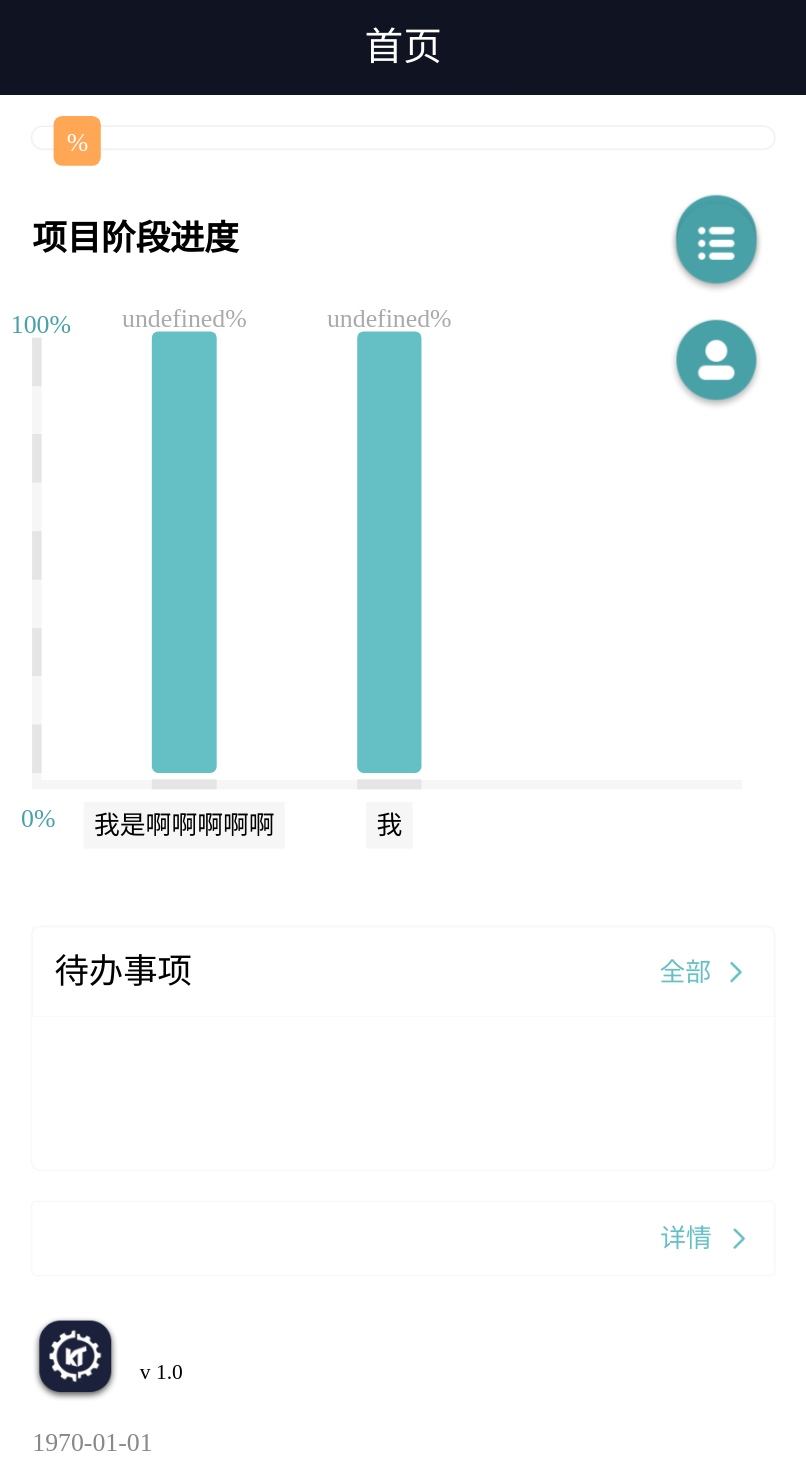
Repository: 421538074/idash.top
Page: index.html
These files come from the project's save history. The page is drawn as it stood at one moment and after the next save; the edit follows.
The browser window is 1280 px wide. The pictures show the whole page, at 63% of full size.
The page's requests for data from a server got no answer.

Above is the page before, as saved 2019-05-20 17:31:00.

### index.html
<!DOCTYPE html>
<html lang="en">

<head>
    <meta charset="UTF-8">
    <meta content="width=device-width, initial-scale=1.0, maximum-scale=1.0, user-scalable=0;" name="viewport" />
    <meta http-equiv="X-UA-Compatible" content="ie=edge">
    <title>客户查询系统</title>
    <link rel="stylesheet" href="css/components.css">
    <link rel="stylesheet" href="css/reset.css">
    <link rel="stylesheet" href="css/index.css?v=1.0.0">
</head>

<body>
    <div id="app" v-cloak>
        <div class="index_header">
            <span>首页</span>
        </div>
        <cy-bar :num="rate +'%'"></cy-bar>
        <div class="sheet">
            <h4>项目阶段进度</h4>
            <div id="project-progress">
                <cp-cylind :percent-list="percentList" @go-detail="goDetail(arguments)"></cp-cylind>
            </div>
        </div>

        <div class="nav">
            <div class="nav_top">
                <p v-cloak>待办事项</p>
                <div class="nav_top_more" @click="projectDetail">
                    <span>全部</span>
                    <img src="img/右.png" alt="">
                </div>
            </div>
            <div class="nav_bot">
                <ul class="uu">
                    <li class="lis" v-for="(item,index) in arr">
                        <span></span>
                        <span class="liSpan" v-cloak>【{{item.process}}】<i>{{item.handle_status==1?"待处理":"完成"}}</i>-{{item.question}}</span>
                    </li>
                </ul>
                <div class="index_one">暂无待办事项</div>
            </div>
        </div>
        <div class="project-info-wrapper">
            <p class="project-title" v-cloak>{{title}}</p>
            <a href="javascript:;" @click="goInfo" class="project-detail">详情</a>
            <img src="img/右.png" class="arrow-right">
        </div>
        <div class="content">
            <div class="content_logo">
                <img src="img/logo.png" alt="">
                <span>v 1.0</span>
            </div>
            <p v-cloak>{{title}}</p>
            <p v-cloak>{{end_time | filterTime}}</p>

        </div>

        <div class="content_title" @click="requireChange">
        </div>
        <div class="content_btn">
            <p @click="goIndex"></p>
            <p @click="goUser"></p>
        </div>
    </div>
</body>
<script src="js/jquery.min.js"></script>
<script src="js/development/vue.js"></script>
<script src="js/components.js"></script>
<script src="js/api.js"></script>
<script src="js/index.js"></script>
<script src="http://res.wx.qq.com/open/js/jweixin-1.2.0.js"></script>
</html>

### css/components.css
* {
    -webkit-box-sizing: border-box;
    box-sizing: border-box;
}

[v-cloak] {
    display: none;
}

html,
body {
    font-size: calc(100vw / 25);
    background-color: #FFFFFF;
}

/**
*根组件app
*/
.container {
    padding: 1rem;
    line-height: 1rem;
}

/**
*返回键
*/
button.cp-back {
    border: none;
    background: url(../img/back1.png) no-repeat;
    background-size: 100%;
    width: 4rem;
    height: 4rem;
    display: -webkit-box;
    display: -ms-flexbox;
    display: flex;
    -webkit-box-align: center;
    -ms-flex-align: center;
    align-items: center;
    -webkit-box-pack: center;
    -ms-flex-pack: center;
    justify-content: center;
    position: fixed;
    left: 1rem;
    bottom: 1rem;
    outline: 0;
}

/**
*tab页
*/
ul.cp-tabbar {
    display: block;
    overflow-x: scroll;
    overflow-y: hidden;
    white-space: nowrap;
}

ul.cp-tabbar::-webkit-scrollbar {
    width: 0;
    height: 0;
}

li.cp-tabbar-item {
    background: #f6f6f6;
    color: #888888;
    padding: 0.8rem 1.2rem;
    border-radius: 0.5rem;
    font-size: 1rem;
    display: inline-block;
}

li.cp-tabbar-item.active {
    background: #65c0c6;
    color: #FFFFFF;
}

li.cp-tabbar-item:not(:first-child) {
    margin-left: 1rem;
}

/**
*项目列表
*/
ul.cp-list::-webkit-scrollbar {
    width: 0;
    height: 0;
}

ul.cp-list {
    height: calc(100vh - 5.2rem);
    overflow: scroll;
    margin-top: 0.2rem;
    padding: 0.2rem;
}

li.cp-list-item {
    display: -webkit-box;
    display: -ms-flexbox;
    display: flex;
    -webkit-box-align: center;
    -ms-flex-align: center;
    align-items: center;
}

img.item-icon {
    width: 2.5em;
}

li.cp-list-item.arrow-right {
    background: url(../img/arrow-right.png) no-repeat;
    background-position: 98%;
    background-size: 0.8em;
    padding: 1em 0.5em;
    -webkit-box-shadow: 0 0 4px 0 rgba(0, 0, 0, 0.20);
    box-shadow: 0 0 4px 0 rgba(0, 0, 0, 0.20);
    border-radius: 0.5em;
    margin-top: 1em;
}

li.cp-list-item:active {
    background-color: #f6f6f6;
}

p.item-title {
    font-size: 1.2em;
    padding-left: 1em;
    overflow: hidden;
    text-overflow: ellipsis;
    line-height: 1.5em;
    white-space: nowrap;
    padding-right: 1em;
}

/**
*柱形图
*/
.cp-cylind {
    width: 100%;
    height: 14em;
    position: relative;
    border: 0.3em solid #f6f6f6;
    border-top: 0;
    border-right: 0;
    border-color: #f6f6f6;
}

.cp-cylind-bottom {
    position: absolute;
    line-height: 0;
    height: 0.3em;
    bottom: -0.2em;
    width: 100%;
}

.cp-cylind-bottom-thumb {
    width: 8%;
    background-color: #e5e5e5;
    height: 100%;
    display: inline-block;
    margin-left: 6%;
}

.cp-cylind-left {
    height: 100%;
    width: 0.3em;
    position: absolute;
    left: -0.3em;
    top: 0;
}

.cp-cylind-left-thumb {
    width: 100%;
    height: 1.5em;
    margin-bottom: 1.5em;
    background: #e5e5e5;
    display: block;
}

span.cp-cylind-per-top {
    position: absolute;
    left: -1.2em;
    z-index: 11;
    top: -1em;
    color: #48A1A7;
    font-size: 0.8em;
    line-height: 1em;
}

span.cp-cylind-per-bottom {
    position: absolute;
    bottom: -2em;
    left: -0.8em;
    color: #48A1A7;
    font-size: 0.8em;
    line-height: 1em;
}

.cp-cylind-chart-scroll-container {
    height: 17em;
    top: -1em;
    position: relative;
    overflow: hidden;
    overflow-x: scroll;
    white-space: nowrap;
}

.cp-cylind-chart-item {
    display: inline-block;
    margin-left: 6%;
    height: 100%;
    text-align: center;
}

.cp-cylind-item-percent {
    height: 100%;
    background: #65C0C6;
    width: 75%;
    border-radius: 0.2em;
    max-width: 8vw;
}

.cp-cylind-item-container {
    height: 14.5em;
    display: flex;
    flex-direction: column;
    justify-content: flex-end;
    align-items: center;
}

.cp-cylind-thumb {
    width: 75%;
    height: 0.3em;
    background: #e5e5e5;
    margin: 0 auto;
    margin-top: 0.2em;
    max-width: 8vw;

}

.cp-cylind-chart-scroll-container::-webkit-scrollbar {
    width: 0;
    height: 0;
}

.cp-cylind-item-title {
    display: inline-block;
    background: #F6F6F6;
    padding: 0.4em;
    font-size: 0.8em;
    margin-top: 0.5em;
}

span.cp-cylind-item-percent-title {
    font-size: 0.8em;
    color: #AAAAAA;
}

span.cp-cylind-item-percent-title.not-full {
    color: #000000;
}

### css/reset.css
/* http://meyerweb.com/eric/tools/css/reset/
   v2.0 | 20110126
   License: none (public domain)
*/

html,
body,
div,
span,
applet,
object,
iframe,
h1,
h2,
h3,
h4,
h5,
h6,
p,
blockquote,
pre,
a,
abbr,
acronym,
address,
big,
cite,
code,
del,
dfn,
em,
img,
ins,
kbd,
q,
s,
samp,
small,
strike,
strong,
sub,
sup,
tt,
var,
b,
u,
i,
center,
dl,
dt,
dd,
ol,
ul,
li,
fieldset,
form,
label,
legend,
table,
caption,
tbody,
tfoot,
thead,
tr,
th,
td,
article,
aside,
canvas,
details,
embed,
figure,
figcaption,
footer,
header,
hgroup,
menu,
nav,
output,
ruby,
section,
summary,
time,
mark,
audio,
video {
	margin: 0;
	padding: 0;
	border: 0;
	font-size: 100%;
	font: inherit;
	vertical-align: baseline;
}

/* HTML5 display-role reset for older browsers */
article,
aside,
details,
figcaption,
figure,
footer,
header,
hgroup,
menu,
nav,
section {
	display: block;
}

body {
	line-height: 1;
}

ol,
ul {
	list-style: none;
}

blockquote,
q {
	quotes: none;
}

blockquote:before,
blockquote:after,
q:before,
q:after {
	content: '';
	content: none;
}

table {
	border-collapse: collapse;
	border-spacing: 0;
}




* {
	padding: 0;
	margin: 0;
	list-style: none;
}

html,
body {
	-moz-user-select: none;
	-khtml-user-select: none;
	user-select: none;
	background: white;
}

body,
html {
	font-size: calc(100vw / 3.75);
}


[v-cloak] {
	display: none;
}

### css/index.css
.index_header {
    height: 0.44rem;
    font-size: 0.18rem;
    color: white;
    text-align: center;
    line-height: 0.44rem;
    background: #0F1322;
    position: fixed;
    top: 0;
    width: 100%;
    z-index: 111;
}


/* 图表 */
.sheet {
    width: 3.6rem;
    height: 3.31rem;
}

.nav {
    width: 3.45rem;
    height: 1.13rem;
    background: rgba(255, 255, 255, 1);
    box-shadow: 0px 0px 4px 0px rgba(0, 0, 0, 0.1);
    border-radius: 0.04rem;
    margin: 0 auto;
}

.nav_top {
    height: 0.42em;
    display: flex;
    align-items: center;
    justify-content: space-between;
    border: 1px solid #F6F6F6;
}

.nav_top p {
    font-size: 0.16rem;
    font-family: PingFangSC-Medium;
    font-weight: 500;
    color: rgba(0, 0, 0, 1);
    line-height: 0.22rem;
    margin-left: 0.1rem;
}

.nav_top_more {
    font-size: 0.12rem;
    margin-right: 0.11rem;
    display: flex;
    align-items: center;
}

.nav_top_more span {
    font-size: 0.12rem;
    font-family: PingFangSC-Regular;
    font-weight: 400;
    color: rgba(101, 192, 198, 1);
    line-height: 0.17rem;
    margin-right: 0.04rem;
}

.nav_top_more img {
    width: 0.14rem;
    height: 0.14rem;
}


.nav_bot ul {
    padding: 0.1rem 0 0 0.1rem;
}

.nav_bot ul li {
    font-size: 0.14rem;
    font-family: PingFangSC-Regular;
    font-weight: 400;
    color: rgba(136, 136, 136, 1);
    line-height: 0.2rem;
    margin-bottom: 0.1rem;
    display: flex;
    align-items: center;
}

.nav_bot ul li span:nth-child(1) {
    display: inline-block;
    width: 0.08rem;
    height: 0.08rem;
    background: rgba(255, 167, 85, 1);
    border-radius: 0.02rem;
    margin-right: 0.1rem;
}

/* content */
.content {
    margin: 0.19rem 0 0 0.15rem;
}

.content_logo {
    font-size: 0.1rem;
    position: relative;
    height: 0.4rem;
}

.content_logo img {
    width: 0.4rem;
    height: 0.4rem;
    border-radius: 0.06rem;
}

.content_logo span {
    font-size: 0.1rem;
    font-family: PingFangSC-Regular;
    font-weight: 400;
    color: rgba(0, 0, 0, 1);
    line-height: 0.14rem;
    position: absolute;
    top: 0.19rem;
    left: 0.5rem;
}

.content p:nth-child(2) {
    font-size: 0.16rem;
    font-family: PingFangSC-Regular;
    font-weight: 400;
    color: rgba(0, 0, 0, 1);
    line-height: 0.25rem;
    margin-top: 0.1rem;
}

.content p:nth-child(3) {
    font-size: 0.12rem;
    font-family: PingFangSC-Regular;
    font-weight: 400;
    color: #888888;
    line-height: 0.17rem;
}

.content_pre {
    background: #ffffff;
    box-shadow: 0 0 4px 0 rgba(0, 0, 0, 0.20);
    border-radius: 0.27rem;
    width: 3.45rem;
    height: 0.1rem;
    /* position: relative; */
    /* display: flex; */

}

.content_bar {
    width: 0%;
    height: 0.1rem;
    border-radius: 0.1rem;
    background: #86d4d9;
    border-radius: 0.27rem;
    float: left;
}

.content_bot {
    display: flex;
    margin: 0.59rem 0.15rem 0.31rem 0.15rem;
}

.content_bot span {
    font-size: 0.12rem;
    font-family: PingFangSC-Medium;
    font-weight: 500;
    color: white;
    margin: 0 0 0 0.1rem;
    float: left;
    background: #ffa755;
    border-radius: 0.04rem;
    text-align: center;
    line-height: 0.2rem;
    padding: 0.02rem 0.06rem 0.01rem 0.06rem;
    position: relative;
    top: -0.05rem;
}

.content_btn {
    position: fixed;
    right: 0.2rem;
    bottom: 0.2rem;
}

.content_btn p:nth-child(1) {
    width: 0.44rem;
    height: 0.44rem;
    background: url(../img/下拉.png)no-repeat;
    background-size: 100% 100%;
}

.content_btn p:nth-child(2) {
    width: 0.44rem;
    height: 0.44rem;
    background: url(../img/个人信息.png)no-repeat;
    background-size: 100% 100%;
    margin-top: 0.1rem;
}

.content_title {
    width: 0.44rem;
    height: 0.44rem;
    background: url(../img/文件.png)no-repeat;
    background-size: 100% 100%;
    position: fixed;
    right: 0.2rem;
    top: 0.89rem;
}


div#project-progress {
    font-size: calc(100vw / 25);
    padding: 1em;
}

.sheet h4 {
    font-size: 0.16rem;
    font-family: PingFangSC-Medium;
    font-weight: 600;
    color: rgba(0, 0, 0, 1);
    line-height: 0.22rem;
    margin: 0 0 0.2rem 0.15rem;
}

.uu .lis .liSpan i {
    color: red;
}

.liSpan {
    width: 2.5rem;
    overflow: hidden;
    text-overflow: ellipsis;
    white-space: nowrap;
}


.index_one {
    font-size: 0.16rem;
    color: gray;
    text-align: center;
    margin-top: 0.22rem;
    display: none;
}


.infor {
    font-family: PingFangSC-Regular;
    font-size: 0.12rem;
    color: #ffffff;
    text-align: left;
    background: #ffa755;
    border-radius: 0.04rem;
    padding: 0.02rem 0.06rem;
    margin-right: 0.07rem;
}
.project-info-wrapper {
    display: flex;
    align-items: center;
    justify-content: space-between;
    box-shadow: 0px 0px 4px 0px rgba(0, 0, 0, 0.1);
    padding: 0.1rem;
    margin: 0.15rem;
    border-radius: 0.02rem;
}
p.project-title {
    color: #000000;
    font-size: 0.16rem;
}
a.project-detail {
    font-size: 0.12rem;
    font-family: PingFangSC-Regular;
    font-weight: 400;
    color: rgba(101, 192, 198, 1);
    line-height: 0.17rem;
    margin-right: 0.04rem;
    text-decoration: none;
    position: absolute;
    right: 0.4rem;
}
img.arrow-right {
    width: 0.14rem;
    height: 0.14rem;
}

### js/components.js
//返回键
const backButton = {
    name: 'cp-back',
    template: `
        <button class="cp-back" @click="goBack"></button>
    `,
    methods: {
        goBack() {
            history.go(-1);
        }
    }
};

//tab页
const tabBar = {
    name: 'cp-tabbar',
    props: ['bar-list'],
    template: `
        <ul class="cp-tabbar">
            <li v-for="(item,index) in barList" v-cloak :key="item.id" @click="switchTab(index,item.id)" :class="{'cp-tabbar-item':true,active:index == currentIndex}"> {{item.process}} </li>
        </ul>
    `,
    data() {
        return {
            currentIndex: 0,
        }
    },
    methods: {
        switchTab(index, id) {
            console.log(index)
            if (index != this.currentIndex) {
                this.currentIndex = index;
                this.$emit('get-list', id);
            }
        }
    },
    created() {
        if (sessionStorage.getItem('numId') == null) {
            this.currentIndex = 0
        } else {
            this.currentIndex = sessionStorage.getItem('numId')
        }

    }
}


//列表
const itemList = {
    name: 'cp-itemlist',
    props: ['item-list', 'icon'],
    template: `
        <ul class="cp-list">
            <li @click="getDetail(item.id,$event)" v-for="(item,index) in itemList" class="cp-list-item arrow-right">
                <img :src="icon" class="item-icon"/>
                <p v-cloak class="item-title">{{item.title}}</p>
            </li>
        </ul>
    `,
    data() {
        return {
            tempList: this.itemList
        }
    },
    methods: {
        getDetail(itemId) {

        }
    },
    watch: {
        tempList() {
            this.$emit('scroll-to-top', document.querySelector('.cp-list'));
        }
    },
}

//柱形图
const cylindricalGraph = {
    name: 'cp-cylind',
    props: ['percentList'],
    template: `
        <div class="cp-cylind">
            <span class="cp-cylind-per-top">100%</span>
            <div class="cp-cylind-chart-scroll-container">
                <div class="cp-cylind-chart-item" v-for="(item,index) in percentList">
                    <div class="cp-cylind-item-container">
                        <span class="cp-cylind-item-percent-title" :class="{'not-full':parseInt(item.percent) < 100}" v-cloak>{{item.percent+'%'}}</span>
                        <div class="cp-cylind-item-percent" :style="item.percent+'%' | filterHeight"></div>
                    </div>
                    <div class="cp-cylind-thumb"></div>
                    <div @click="goDetail(item.id,index)" class="cp-cylind-item-title" v-cloak>{{item.process}}</div>
                </div>
            </div>
            <div class="cp-cylind-left">
                <div v-for="n in 5" class="cp-cylind-left-thumb"></div>
            </div>
            <span class="cp-cylind-per-bottom">0%</span>
        </div>
    `,
    data() {
        return {

        }
    },
    methods: {
        goDetail(id, index) {
            this.$emit("go-detail", id, index)
        }
    },
    filters: {
        filterHeight(chartHeight) {
            if (chartHeight == '0%') {
                chartHeight = '2%';
            }
            return {
                height: `${chartHeight}`
            }
        }
    }
}





// 进度条
const projectBar = {
    name: 'cy-bar',
    props: ['num'],
    template: `
    <div class="content_bot">
        <div class="content_pre">
            <div class="content_bar"  :style="num | filterWidth"></div>
            <span>{{num}}</span>
        </div>
    </div>
    `,
    data() {
        return {}
    },
    filters: {
        filterWidth(chartWidth) {
            if (chartWidth == '0%') {
                chartWidth = '0%';
            }
            return {
                width: `${chartWidth}`
            }
        }
    }
}


// indexList
const Bar = {
    name: 'cy-bar',
    props: ['bar'],
    template: `
    <div class="process_wrap">
        <div class="process">
            <div class="bar"  :style="bar | filterWidth"></div>
            <span class="per">{{bar}}</span>
        </div>
    </div>
    `,
    data() {
        return {}
    },
    filters: {
        filterWidth(chartWidth) {
            if (chartWidth == '0%') {
                chartWidth = '0%';
            }
            return {
                width: `${chartWidth}`
            }
        }
    },
}



// projectDetail
const project = {
    name: 'cy-project',
    props: ['bar'],
    template: `
    <div class="project_per">
            <div class="bar"  :style="bar | filterWidth"></div>
            <span >{{bar}}</span>
    </div>
    `,
    data() {
        return {}
    },
    filters: {
        filterWidth(chartWidth) {
            if (chartWidth == '0%') {
                chartWidth = '0%';
            }
            return {
                width: `${chartWidth}`
            }
        }
    },
}



























































//===================================other functoin=====================================
/**
 * 滚动到顶部方法
 */
function scrollToTop(e) {
    const scrollTop = e.scrollTop;
    const interval = setInterval(function () {
        if (e.scrollTop <= 0) {
            clearInterval(interval);
            return;
        }
        e.scrollTop -= scrollTop / 5;
    }, 20);
}

### js/api.js
var api = "http://program.pzhkj.cn/index/api/kangtian"





function getUrlKey(name) {
    return decodeURIComponent((new RegExp('[?|&]' + name + '=' + '([^&;]+?)(&|#|;|$)').exec(location.href) || [, ""])[1].replace(/\+/g, '%20')) || null
}

### js/index.js
var xm = new Vue({
    el: "#app",
    data: {
        id: '',
        title: '',
        start_time: '',
        end_time: '',
        demand: '',
        graph: '',
        design: '',
        fronted: '',
        backer: '',
        test: '',
        check: '',
        percentList: [{process:'我是啊啊啊啊啊'},{process:'我'}],
        rate: '',
        arr: '',
        staus: ['需求', '原型', '设计', '前端', '后台', '测试', '验收']
    },
    methods: {
        goUser() {
            window.location.href = "userInfo.html"
        },
        goIndex() {
            window.location.href = "indexList.html"
        },
        projectDetail() {
            var Pid = this.percentList[0].id
            if (getUrlKey('program_id') == null) {
                this.program_id = 10
            } else {
                this.program_id = getUrlKey('program_id')
            }
            window.location.href = `projectDetail.html?program_id=${this.program_id}&process_id=${Pid}`
        },
        requireChange() {
            if (getUrlKey('program_id') == null) {
                this.program_id = 10
            } else {
                this.program_id = getUrlKey('program_id')
            }
            window.location.href = `projectDetail1.html?program_id=${this.program_id}`
        },

        goDetail(id) {
            var process_id = id[0]
            var ids = id[1]
            sessionStorage.setItem('numId', ids)
            console.log(id[1])
            window.location.href = `projectDetail.html?program_id=${this.program_id}&process_id=${process_id}`
        },
        goInfo() { //跳转项目信息
            window.location.href = "info.html?program_id=" + getUrlKey('program_id')
        }
    },
    components: {
        "cp-cylind": cylindricalGraph,
        "cy-bar": projectBar,
    },
    filters: {
        filterTime(time) {
            var date = new Date(time * 1000);
            var year = date.getFullYear();
            var month = date.getMonth() + 1;
            var day = date.getDate();
            if (month < 10) {
                month = "0" + month;
            }
            if (day < 10) {
                day = "0" + day;
            }
            return year + "-" + month + "-" + day;
        }
    },
    created() {
        if (getUrlKey('program_id') == null) {
            this.program_id = 10
        } else {
            this.program_id = getUrlKey('program_id')
        }
        var that = this
        $.ajax({
            type: "post",
            url: `${api}/index/api/myProgram`,
            async: true,
            data: {
                program_id: this.program_id,
            },
            dataType: 'json',
            success: function (res) {
                console.log(res)
                that.percentList = res.data.process  //需求

                that.arr = res.data.backlog
                that.title = res.data.title
                that.start_time = res.data.start_time
                that.end_time = res.data.end_time
                that.demand = res.data.demand
                that.graph = res.data.graph
                that.design = res.data.design
                that.fronted = res.data.fronted
                that.backer = res.data.backer
                that.test = res.data.test
                that.check = res.data.check
                if (that.demand == null && that.graph == null &&
                    that.design == null && that.fronted == null &&
                    that.backer == null && that.test == null &&
                    that.check == null
                ) {
                    that.demand = 0
                    that.graph = 0
                    that.design = 0
                    that.fronted = 0
                    that.backer = 0
                    that.test = 0
                    that.check = 0
                }
                that.rate = res.data.rate

                if (that.content == '' || null) {
                    $('.lis').css("display", "none")
                }
                if (that.question == '' || null) {
                    $('.lis1').css("display", "none")
                }
                if (res.data.backlog.length == 0) {
                    $('.index_one').css("display", "block")
                }

            },
            error: function (res) {
                console.log(res)
            }
        });
    }
})

Loaded but not shown: js/jquery.min.js (library); js/development/vue.js (library)

After the next save:
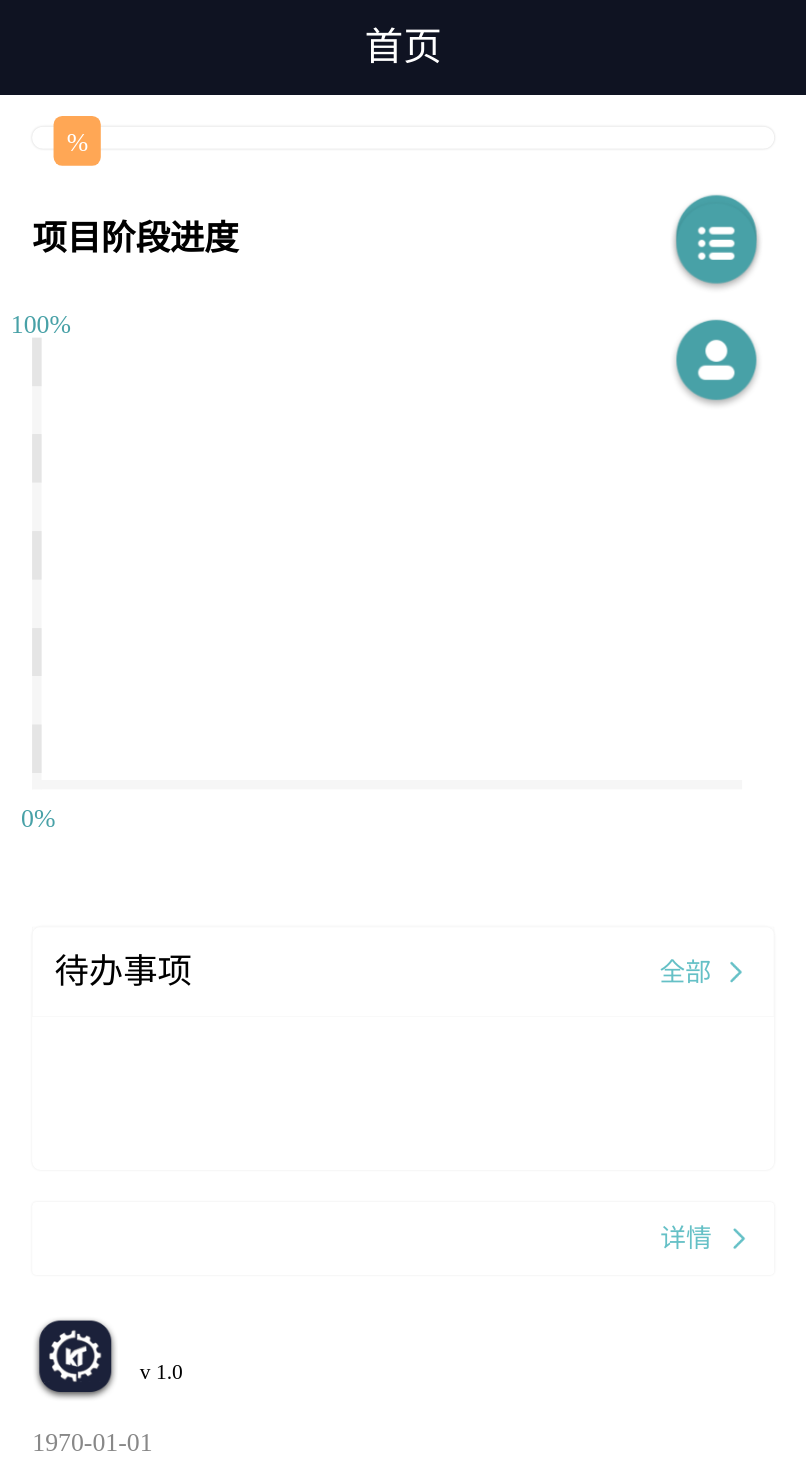
Saved 12 s later.
--- a/js/index.js
+++ b/js/index.js
@@ -12,7 +12,7 @@ var xm = new Vue({
         backer: '',
         test: '',
         check: '',
-        percentList: [{process:'我是啊啊啊啊啊'},{process:'我'}],
+        percentList: [],
         rate: '',
         arr: '',
         staus: ['需求', '原型', '设计', '前端', '后台', '测试', '验收']
